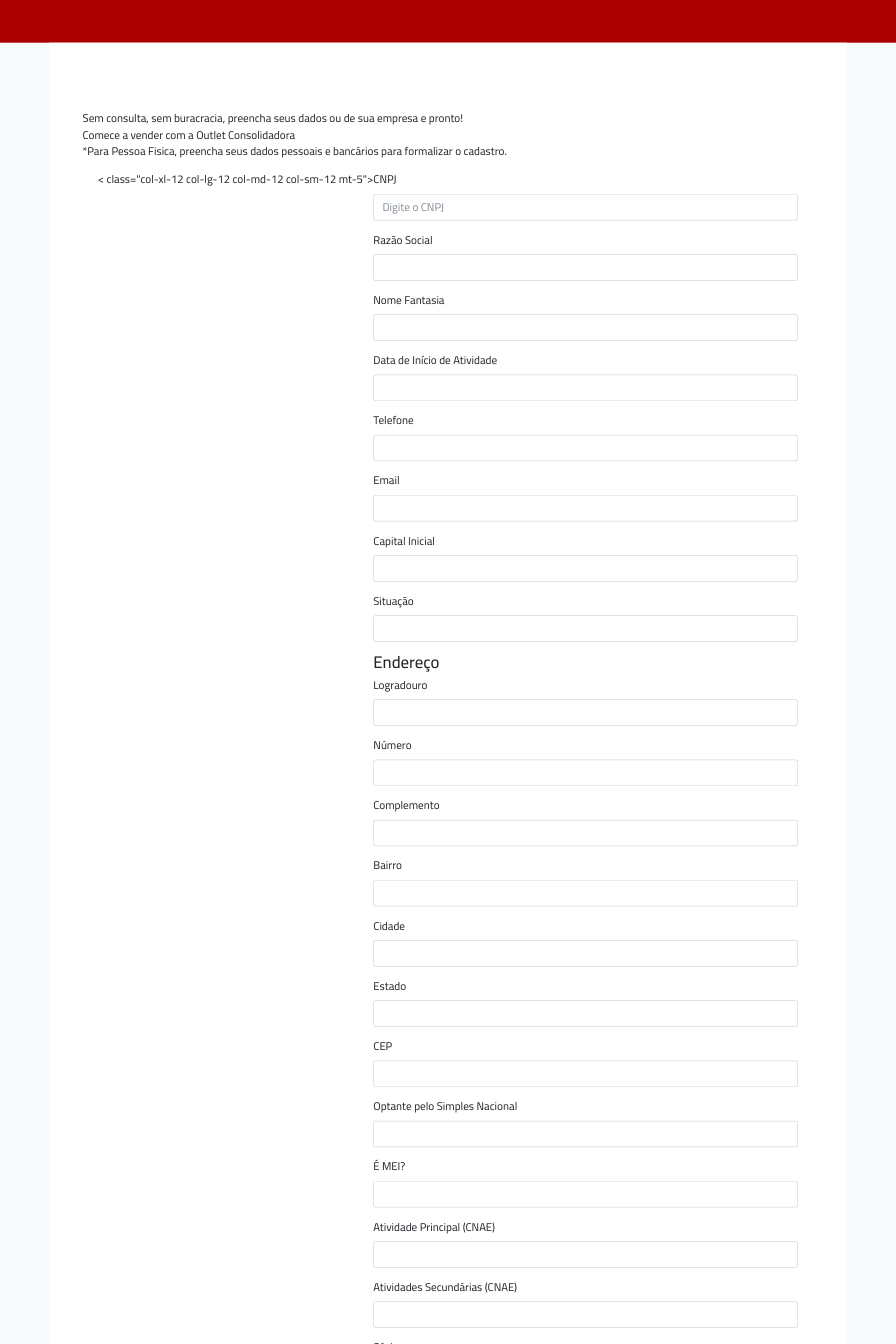
Repository: SkyTeam-Dev/Outlet_Site
Page: Site/Template_Page.html
These files come from the project's save history. The page is drawn as it stood at one moment and after the next save; the edit follows.
The browser window is 1280 px wide. The pictures show the part of the page from y = 370 to 2290 px (the page is 2987 px tall before and 3035 px after), at 70% of full size.
Some web libraries are served in a nearby version.

Above is the page before, as saved 2025-03-25 18:33:56.

After the next save:
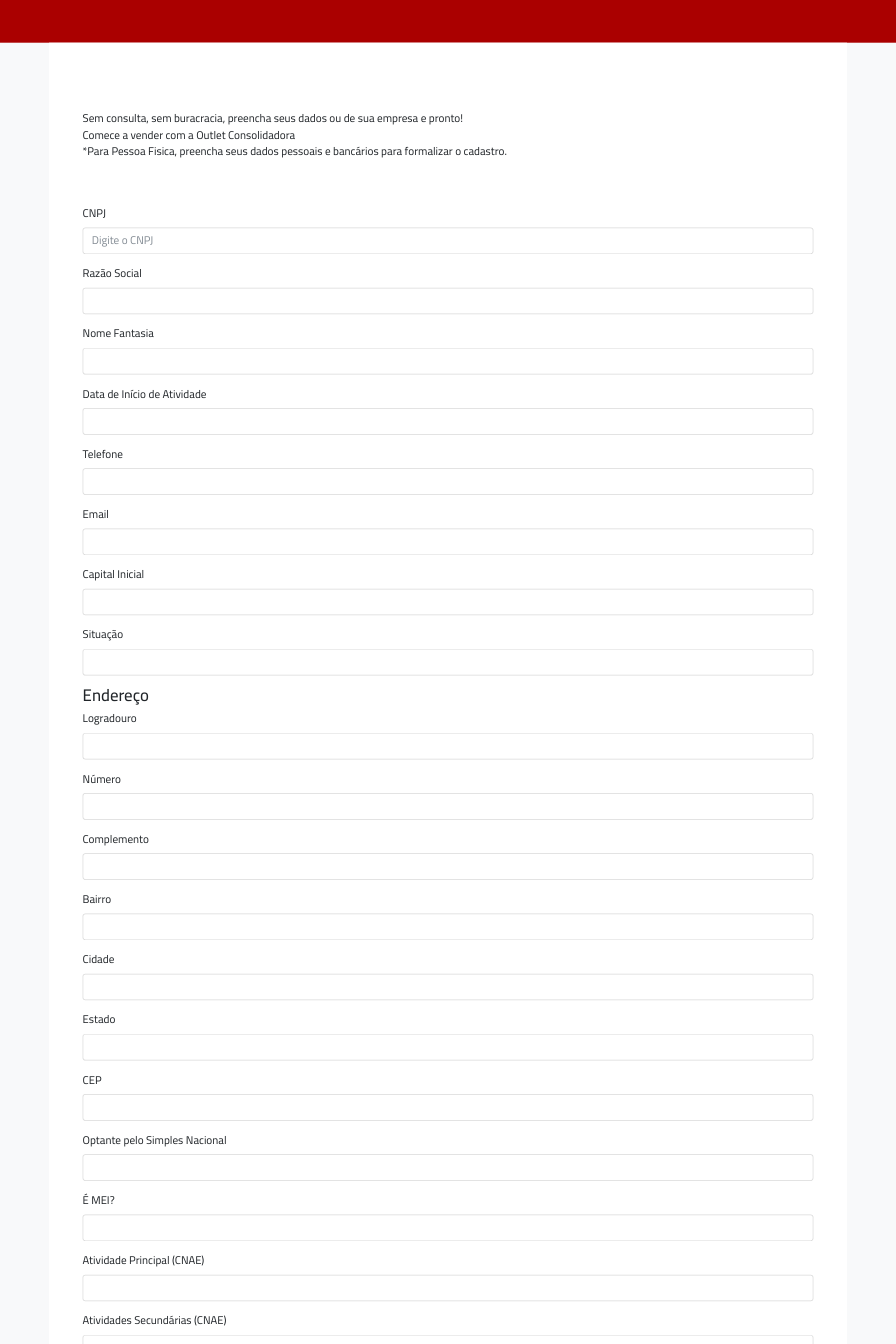
Saved 51 s later.
--- a/Site/Template_Page.html
+++ b/Site/Template_Page.html
@@ -236,37 +236,11 @@
 
         </section>
 
-
-
-        <!-- SLIDER -->
-        <!--
-        <div class="container-fluid p-0 m-0">
-
-            <div class="row p-0 m-0">
-                <div class="col-sm-12 p-0 m-0">
-                    <div class="SliderHome">
-
-                        <div>
-                            <img class="" src="https://fakeimg.pl/1920x600/ff0000/ffffff" />
-                        </div>
-                        <div>
-                            <img class="" src="https://fakeimg.pl/1920x600/ffcc66/000000" />
-                        </div>
-                        <div>
-                            <img class="" src="https://fakeimg.pl/1920x600/0066cc/ffff00" />
-                        </div>
-                    </div>
-                </div>
-            </div>
-        </div>
-        -->
-        <!-- SLIDER -->
-
         <div class="container">
 
             <div class="row bg-white shadow-lg pb-5 justify-content-center align-items-center">
                 <div class="col-sm-12 p-5">
-                    <di class="row justify-content-center">
+                    <div class="row justify-content-center">
 
                         <div class="col-xl-12 col-lg-12 col-md-12 col-sm-12 mt-5">
                             <ul class="list-unstyled">
@@ -277,8 +251,7 @@
                             </ul>
                         </div>
 
-                        < class="col-xl-12 col-lg-12 col-md-12 col-sm-12 mt-5">
-
+                        <div class="col-xl-12 col-lg-12 col-md-12 col-sm-12 mt-5">
 
                             <for action="#" class="" name="Cadastro-Outlet">
                                 <div class="form-group">
@@ -402,7 +375,7 @@
 
                                 </form>
 
-
+                    </>
 
                 </div>
 
